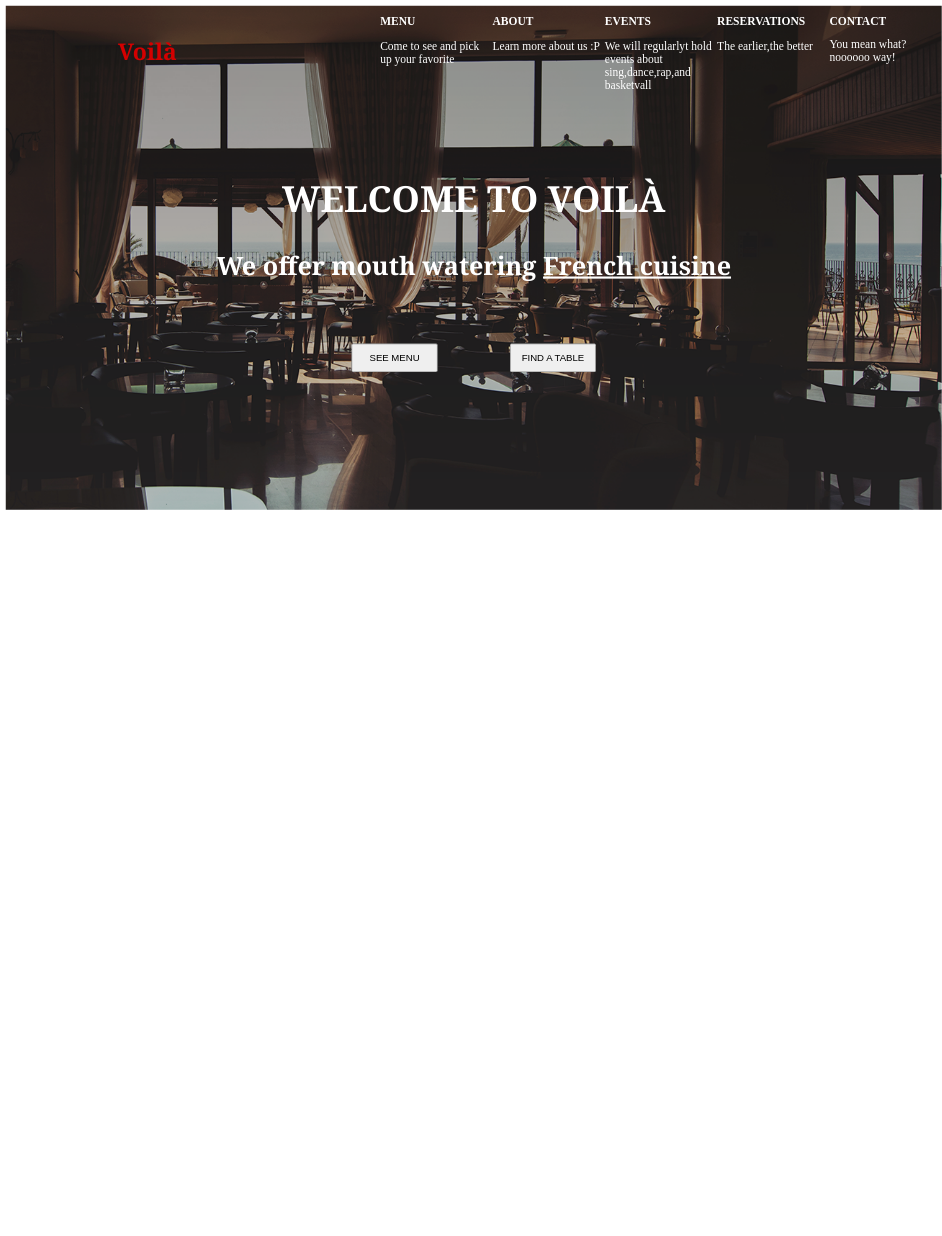
Repository: sis-shen/HTML_vsc
Page: adc_v2/index.html
An editor plug-in stored every save of this project. The page is shown before and after the next save, followed by the edit.
The browser window is 1280 px wide. The page is 1308 px wide, so the pictures cover 1308 px, including what lies to the right of the window. The pictures show the whole page, at 72% of full size.

Above is the page before, as saved 2023-08-14 08:43:51.

### adc_v2/index.html
<!DOCTYPE html>
<html lang="zh-CN">
<head>
    <meta charset="UTF-8">
    <meta name="viewport" content="width=device-width, initial-scale=1.0">
    <title>王八餐厅</title>
    <link rel="stylesheet" href="style.css">
    <link rel="shotcut icon" href="img/王者.png">
</head>
<body>
    <div class="top-box">
        <div class="nav">
            <div class="t-left"><h1>Voilà </h1></div>

            <div class="t-right">
                <div class="nav-box"><h2>MENU</h2>
                    <p>Come to see and pick up your favorite</p></div>
                <div class="nav-box"><h2>ABOUT</h2>
                    <p>Learn more about us :P</p></div>
                <div class="nav-box"><h2>EVENTS</h2>
                    <p>We will regularlyt hold events about sing,dance,rap,and basketvall</p></div>
                <div class="nav-box"><h2>RESERVATIONS</h2>
                    <p>The earlier,the better</p></div>
                <div class="nav-box"><h2>CONTACT</h2>
                    You mean what?noooooo way!</div>
            </div>
        </div>

        <h1 id="wel">WELCOME TO VOILÀ</h1>
        <h3>We offer mouth watering <u>French cuisine</u></h3>

        <div class="button-box">
            <div class="b-left">
                <a href="menu.html"><button>SEE MENU</button></a>
            </div>
            <div class="b-right">
                <a href="table.index"><button>FIND A TABLE</button></a>
            </div>
        </div>


    </div>
</body>
</html>

### adc_v2/style.css
body {
    box-sizing: border-box;
    font-family:Georgia, 'Times New Roman', Times, serif;

}

.top-box{
    margin:auto;

    width: 1300px;
    height: 700px;
    background-image: url("img/top.png");
    padding-bottom: 1000px;
    background-repeat: no-repeat;

}

.nav {
    width: 100%;
    height: 200px;
    /* background-color: rgba(0, 255, 255, 0.207); */
    display: flex;
}

.t-left{
    height:100%;
    width: 40%;
    /* background-color: rgba(255, 0, 0, 0.236); */
}

.t-right{
    display: flex;
    height: 100%;
    width:60%;
    font-family: 微软雅黑;
}

.nav-box{
    width: 20%;
    height: 100%;
    /* background-color: rgba(255, 255, 0, 0.149); */
    color: #fff;
}

.top-box h2{
    font-size:medium
}

.t-left h1{
    color:rgb(212, 0, 0);
    position: relative;
    left:30%;
    top:20px;
}

#wel{
    text-align: center;
    color: #fff;

    font-size: 50px;
}

.top-box h3{
    text-align: center;
    color: #fff;
    font-size: 35px;
}

.button-box{
    display: flex;
    align-items: center;
    justify-content: center;
}

.button-box button{
    width: 120px;
    height: 40px;
    margin: 50px;
}

After the next save:
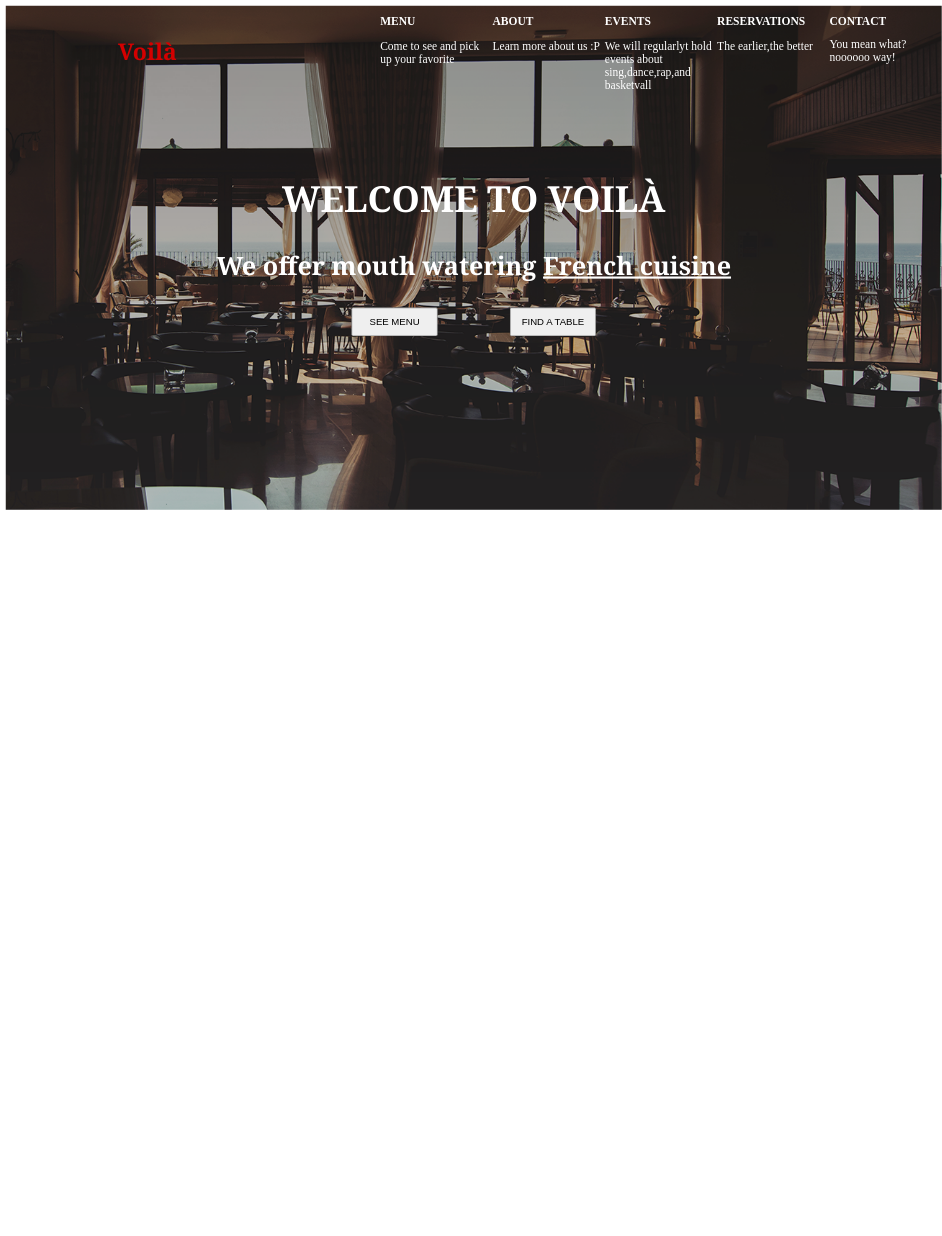
Saved 21 s later.
--- a/adc_v2/style.css
+++ b/adc_v2/style.css
@@ -75,5 +75,5 @@
 .button-box button{
     width: 120px;
     height: 40px;
-    margin: 50px;
+    margin-inline: 50px;
 }
